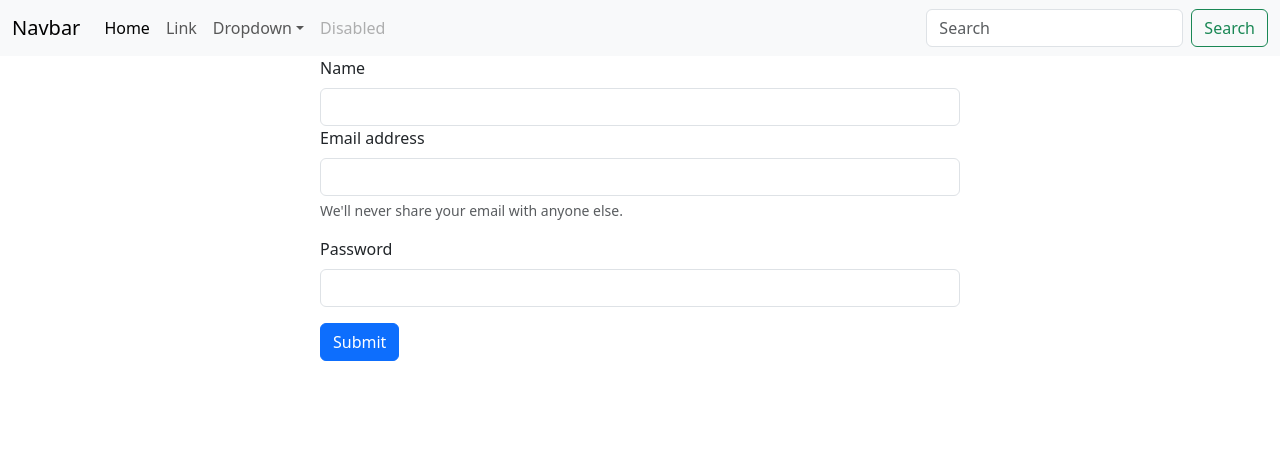
Repository: suraj-yadav7/createpost-redux
Page: /
The author's editor kept a copy of each file at every save. The page is drawn from the files as they stood at one save, then again after the next save.
The browser window is 1280 px wide. The pictures show the whole page.
The project was rebuilt for these pictures with package versions that can differ from the ones it lists, and the page was loaded fresh each time. Also part of the build but not shown: vite.config.js, src/App.css, src/index.css.

Above is the page before, as saved 2023-05-15 23:51:11.

After the next save:
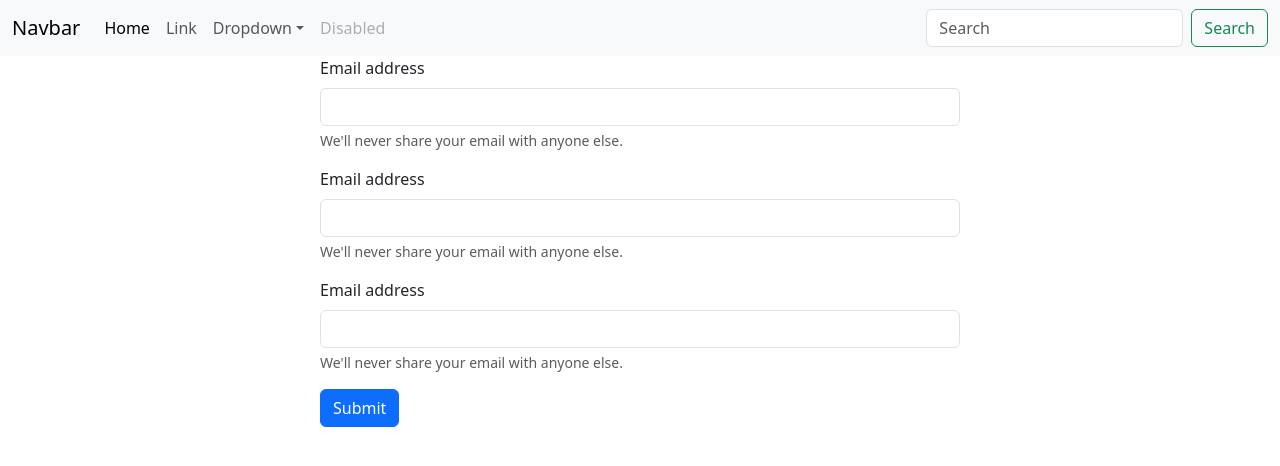
Saved 55 s later.
--- a/src/components/create.jsx
+++ b/src/components/create.jsx
@@ -4,16 +4,20 @@ const Create = () => {
   return (
     <>
       <form className='w-50 mx-auto'>
+      <div class="mb-3">
+    <label for="exampleInputEmail1" class="form-label">Email address</label>
+    <input type="text" class="form-control" id="exampleInputEmail1" aria-describedby="emailHelp"/>
+    <div id="emailHelp" class="form-text">We'll never share your email with anyone else.</div>
+  </div>
   <div class="mb-3">
-  <label for="exampleInputEmail1" class="form-label">Name</label>
-    <input type="text" class="form-control" id="exampleInputEmail1" aria-describedby="emailHelp"/>
     <label for="exampleInputEmail1" class="form-label">Email address</label>
     <input type="email" class="form-control" id="exampleInputEmail1" aria-describedby="emailHelp"/>
     <div id="emailHelp" class="form-text">We'll never share your email with anyone else.</div>
   </div>
   <div class="mb-3">
-    <label for="exampleInputPassword1" class="form-label">Password</label>
-    <input type="password" class="form-control" id="exampleInputPassword1"/>
+    <label for="exampleInputEmail1" class="form-label">Email address</label>
+    <input type="text" class="form-control" id="exampleInputEmail1" aria-describedby="emailHelp"/>
+    <div id="emailHelp" class="form-text">We'll never share your email with anyone else.</div>
   </div>
 
 
